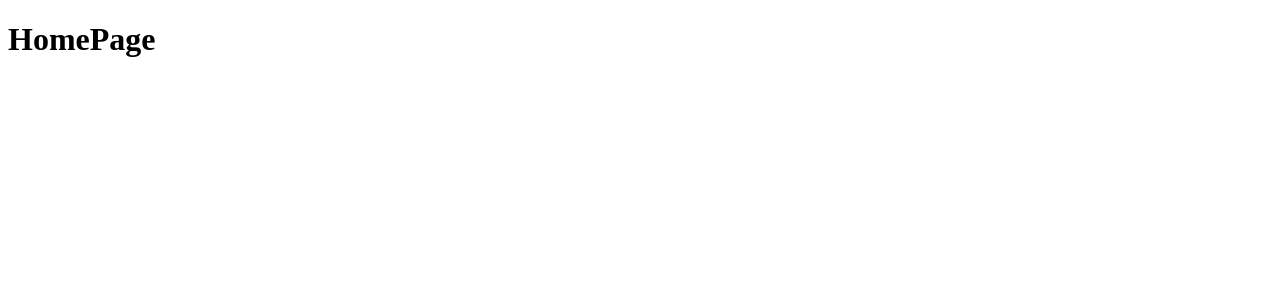
Repository: ajaybshinde21/web-based-java-assignment
Page: http://localhost/ecommerce-web-app/homepage.jsp
These files come from the project's save history. The page is drawn as it stood at one moment and after the next save; the edit follows.
The browser window is 1280 px wide. The pictures show the whole page.
The page is served by Tomcat 9.

Above is the page before, as saved 2022-01-22 15:12:17.

After the next save:
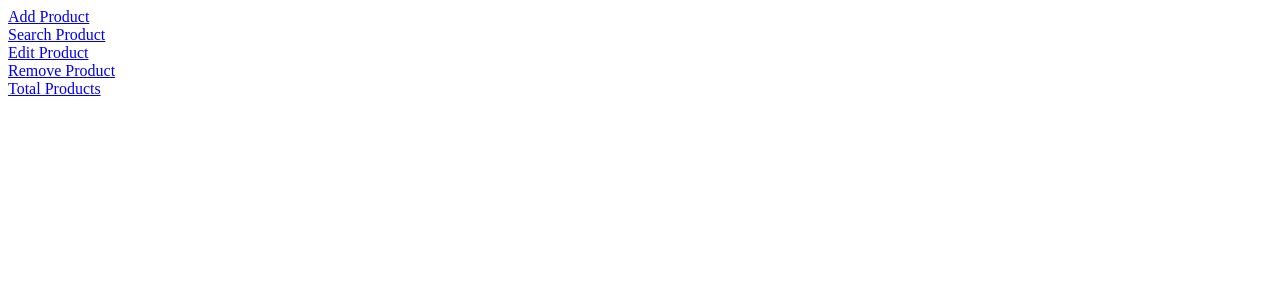
Saved 6 min 13 s later.
--- a/ecommerce-web-app/WebContent/homepage.jsp
+++ b/ecommerce-web-app/WebContent/homepage.jsp
@@ -1,12 +1,32 @@
-<%@ page language="java" contentType="text/html; charset=UTF-8"
-    pageEncoding="UTF-8"%>
 <!DOCTYPE html>
-<html>
-<head>
-<meta charset="UTF-8">
-<title>Insert title here</title>
-</head>
-<body>
-<h1>HomePage</h1>
-</body>
+<html lang="en">
+  <head>
+    <meta charset="UTF-8" />
+    <meta http-equiv="X-UA-Compatible" content="IE=edge" />
+    <meta name="viewport" content="width=device-width, initial-scale=1.0" />
+    <title>Welcome, Admin</title>
+  </head>
+  <body>
+    <div class="grid-container">
+      <div class="box">
+        <a href="AddProduct">Add Product</a>
+      </div>
+      <div class="box">
+        <a href="SearchProduct">
+        Search Product</a></div>
+      <div class="box">
+        <a href="EditProduct">
+          Edit Product
+        </a>
+      </div>
+      <div class="box">
+        <a href="RemoveProduct">
+          Remove Product
+        </a>
+      </div>
+      <div class="box">
+        <a href="TotalProducts">Total Products</a>
+      </div>
+    </div>
+  </body>
 </html>
